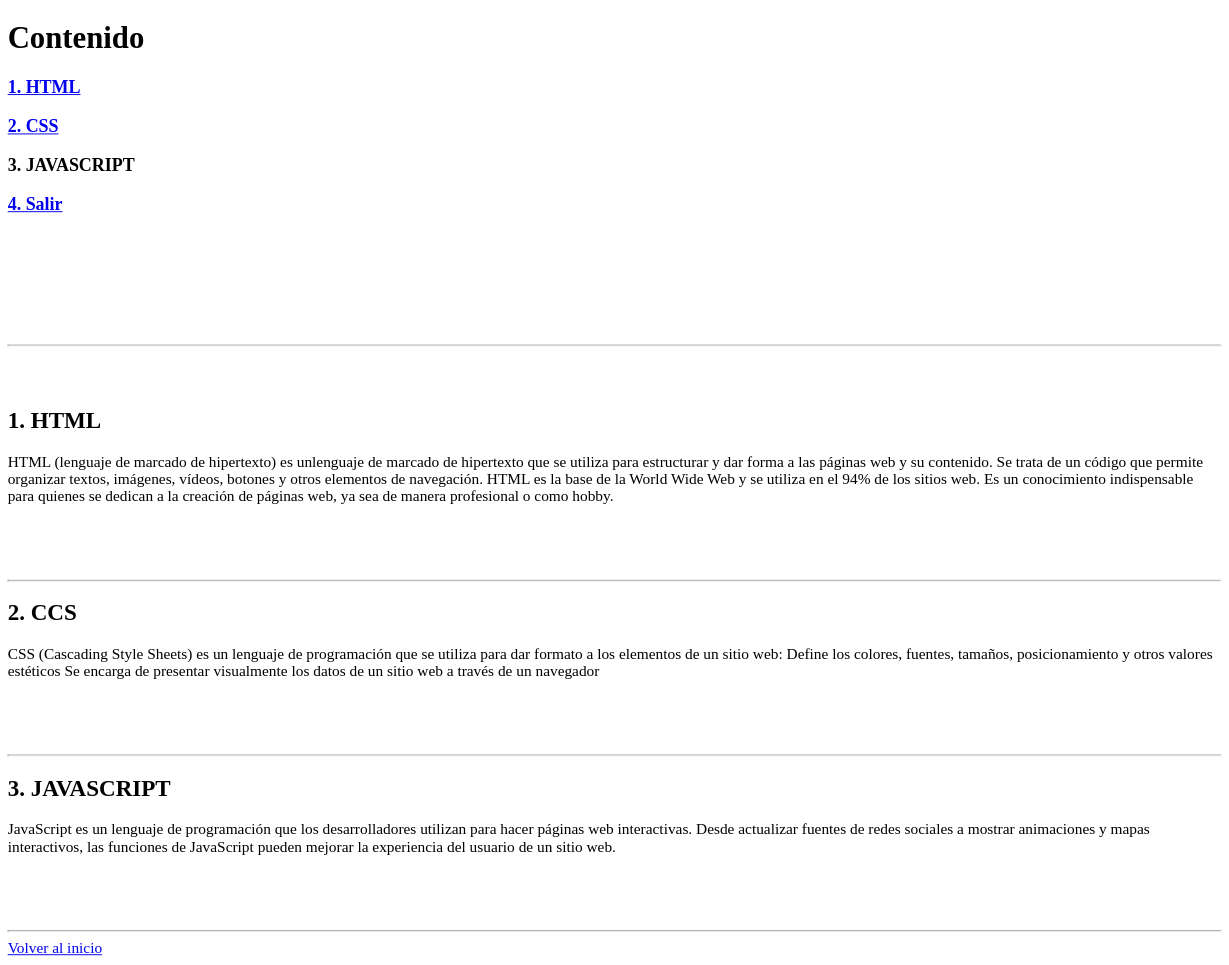
Repository: sebastianm7713/clase1
Page: pagina3.html
These files come from the project's save history. The page is drawn as it stood at one moment and after the next save; the edit follows.
The browser window is 1280 px wide. The pictures show the whole page, at 96% of full size.

Above is the page before, as saved 2024-11-13 09:44:10.

### pagina3.html
<!DOCTYPE html>
<html lang="en">
<head>
    <meta charset="UTF-8">
    <meta name="viewport" content="width=device-width, initial-scale=1.0">
    <title>Document</title>
</head>
<body>
    <h1 id="volver">Contenido</h1>
    <a href="#HTML"><h3>1. HTML </h3></a>
    <a href="#CSS"><h3>2. CSS </h3></a>
    <a href="#JAVASCRIPT"></a><h3>3. JAVASCRIPT</h3>

    <a href="/index.html"><h3>4. Salir</h3></a>
    <br><br><br><br><br><br>
    <hr>
    <br><br>

    <h2 id="HTML">1. HTML </h2>
    <p>HTML (lenguaje de marcado de hipertexto) es unlenguaje de marcado de hipertexto que se utiliza para estructurar y dar forma a las páginas web y su contenido. Se trata de un código que permite organizar textos, imágenes, vídeos, botones y otros elementos de navegación.
    HTML es la base de la World Wide Web y se utiliza en el 94% de los sitios web. Es un conocimiento indispensable para quienes se dedican a la creación de páginas web, ya sea de manera profesional o como hobby.
    </p>
    <br><br><br>
    <hr>
    <h2 id="CSS">2. CCS</h2>
    <p>CSS (Cascading Style Sheets) es un lenguaje de programación que se utiliza para dar formato a los elementos de un sitio web:

    Define los colores, fuentes, tamaños, posicionamiento y otros valores estéticos
    Se encarga de presentar visualmente los datos de un sitio web a través de un navegador
    </p>
    <br><br><br>
    <hr>
    <h2 id="JAVASCRIPT">3. JAVASCRIPT </h2>
    <p>JavaScript es un lenguaje de programación que los desarrolladores utilizan para hacer páginas web interactivas. Desde actualizar fuentes de redes sociales a mostrar animaciones y mapas interactivos, las funciones de JavaScript pueden mejorar la experiencia del usuario de un sitio web.</p>
    <br><br><br>
    <hr>
    <a href="#volver"> Volver al inicio</a>


</body>
</html>

After the next save:
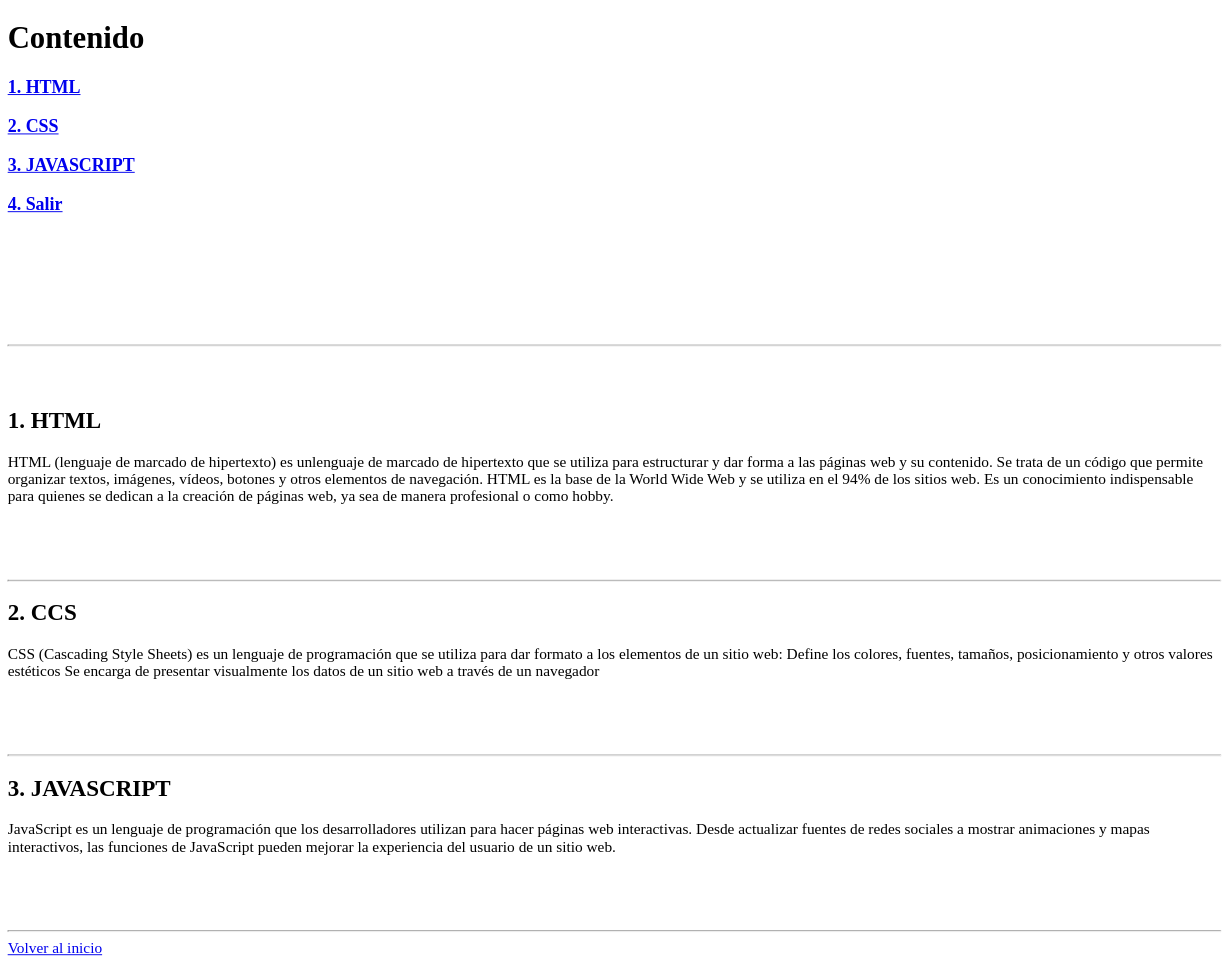
Saved 7 s later.
--- a/pagina3.html
+++ b/pagina3.html
@@ -9,7 +9,7 @@
     <h1 id="volver">Contenido</h1>
     <a href="#HTML"><h3>1. HTML </h3></a>
     <a href="#CSS"><h3>2. CSS </h3></a>
-    <a href="#JAVASCRIPT"></a><h3>3. JAVASCRIPT</h3>
+    <a href="#JAVASCRIPT"><h3>3. JAVASCRIPT</h3></a>
 
     <a href="/index.html"><h3>4. Salir</h3></a>
     <br><br><br><br><br><br>
